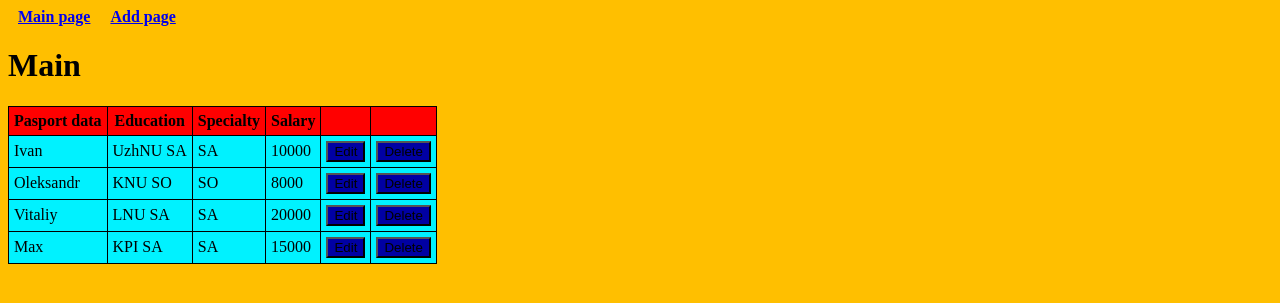
Repository: Alan-Melnychenko/vue
Page: / (app in Project/)
The author's editor kept a copy of each file at every save. The page is drawn from the files as they stood at one save, then again after the next save.
The browser window is 1280 px wide. The pictures show the whole page.
The project was rebuilt for these pictures with package versions that can differ from the ones it lists, and the page was loaded fresh each time. Also part of the build but not shown: Project/vue.config.js, Project/src/pages/Add/index.vue, Project/src/pages/Edit/index.vue.

Above is the page before, as saved 2022-11-08 23:26:48.

### Project/src/App.vue
<template>
  <div>
    <header>
      <router-link class="link" to="/"><b>Main page</b></router-link>
      <router-link class="link" to="/add"><b>Add page</b></router-link>
    </header>
    <main>
      <router-view></router-view>
    </main>
  </div>
</template>
<script>
export default {
  name: "App",
  components: {},
};
</script>

<style>
button {
  background-color: rgb(0, 0, 163);
}
table {
  background-color: rgb(0, 242, 255);
}
body {
  background-color: rgb(255, 191, 0);
}
.link {
  margin: 10px;
}
table {
  border-collapse: collapse;
  border: 1px solid black;
  padding: 2px;
}
th {
  background-color: red;
  border: 1px solid black;
  padding: 5px;
}
td {
  border: 1px solid black;
  padding: 5px;
}
</style>

### Project/src/router.js
import { createRouter, createWebHashHistory } from "vue-router";

import MainPage from "./pages/Main/index.vue";
import AddPage from "./pages/Add/index.vue";
import EditPage from "./pages/Edit/index.vue";

const routes = [
  {
    path: "/",
    name: "main",
    component: MainPage,
  },
  {
    path: "/add",
    name: "add",
    component: AddPage,
  },
  {
    path: "/edit/:id?",
    name: "edit",
    component: EditPage,
  },
];

const router = createRouter({
  history: createWebHashHistory(),
  routes,
});

export default router;

### Project/src/store/index.js
import { createStore } from "vuex";

const store = createStore({
  state() {
    return {
      listData: [
        {
          id: 0,
          pasport: "Ivan",
          education: "UzhNU SA",
          specialty: "SA",
          salary: 10000,
        },
        {
          id: 1,
          pasport: "Oleksandr",
          education: "KNU SO",
          specialty: "SO",
          salary: 8000,
        },
        {
          id: 2,
          pasport: "Vitaliy",
          education: "LNU SA",
          specialty: "SA",
          salary: 20000,
        },
        {
          id: 3,
          pasport: "Max",
          education: "KPI SA",
          specialty: "SA",
          salary: 15000,
        },
      ],
    };
  },
  getters: {
    getAllListData: (state) => state.listData,
    getEmployeeById: (state) => (id) => {
      return state.listData[id];
    },
  },

  mutations: {
    addNewEmployee(state, arr) {
      state.listData.push(arr);
    },
    editEmployee(state, arr) {
      state.listData[arr[0]] = arr[1];
    },
    deleteEmployee(state, id) {
      state.listData = state.listData.filter((item) => item.id !== id);
    },
  },
  actions: {
    addNewEmployeeAction({ commit }, arr) {
      commit("addNewEmployee", arr);
    },
    editEmployeeAction({ commit }, arr) {
      commit("editEmployee", arr);
    },
    deleteEmployeeAction({ commit }, id) {
      commit("deleteEmployee", id);
    },
  },
});

export default store;

### Project/src/pages/Main/index.vue
<template>
  <div>
    <h1>Main</h1>
    <table>
      <tr>
        <th>Pasport data</th>
        <th>Education</th>
        <th>Specialty</th>
        <th>Salary</th>
        <th></th>
        <th></th>
      </tr>
      <employee-card
        v-for="item in getAllListData"
        :key="item.id"
        :pasport="item.pasport"
        :education="item.education"
        :specialty="item.specialty"
        :salary="item.salary"
      />
    </table>
  </div>
</template>

<script>
import employeeCard from "@/components/employee.vue";
import { mapGetters } from "vuex";
export default {
  name: "MainPage",
  components: {
    employeeCard,
  },
  computed: {
    ...mapGetters(["getAllListData"]),
  },
  methods: {
    goToAdd() {
      this.$router.push({ path: "/add" });
    },
    goToEdit() {
      this.$router.push({ path: "/edit" });
    },
  },
};
</script>

<style lang="css" scoped></style>

### Project/src/components/employee.vue
<template>
  <tr>
    <td>{{ pasport }}</td>
    <td>{{ education }}</td>
    <td>{{ specialty }}</td>
    <td>{{ salary }}</td>
    <td><button @click="onEdit(id)">Edit</button></td>
    <td><button @click="onDelete(id)">Delete</button></td>
  </tr>
</template>

<script>
import { mapActions } from "vuex";
export default {
  name: "employeeCard",

  props: {
    id: {
      type: Number,
      default: 0,
    },
    pasport: {
      type: String,
      default: "No pasport data",
    },
    education: {
      type: String,
      default: "No education",
    },
    specialty: {
      type: String,
      default: "No specialty",
    },
    salary: {
      type: Number,
      default: 0,
    },
  },
  methods: {
    ...mapActions(["deleteEmployeeAction"]),
    onEdit(id) {
      this.$router.push({
        name: "edit",
        params: { id: id },
      });
    },
    onDelete(id) {
      this.deleteEmployeeAction(id);
    },
  },
};
</script>

<style lang="css" scoped></style>

Loaded but not shown: Project/public/index.html (common file); Project/src/main.js (common file)

After the next save:
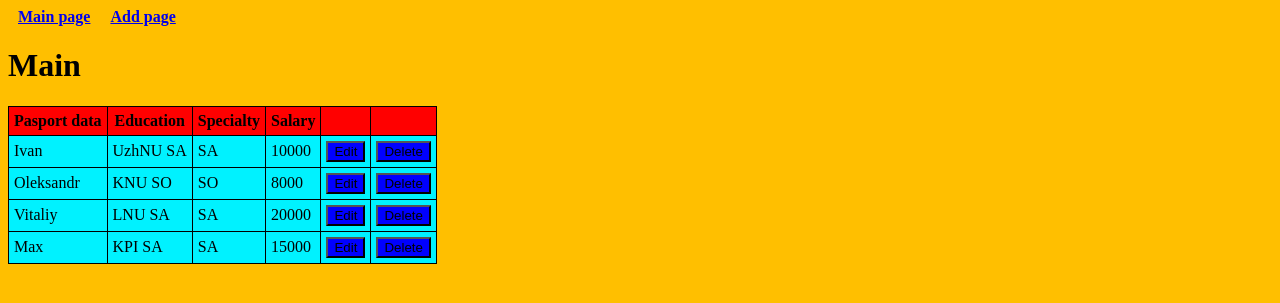
Saved 21 s later.
--- a/Project/src/App.vue
+++ b/Project/src/App.vue
@@ -18,7 +18,7 @@ export default {
 
 <style>
 button {
-  background-color: rgb(0, 0, 163);
+  background-color: blue;
 }
 table {
   background-color: rgb(0, 242, 255);
